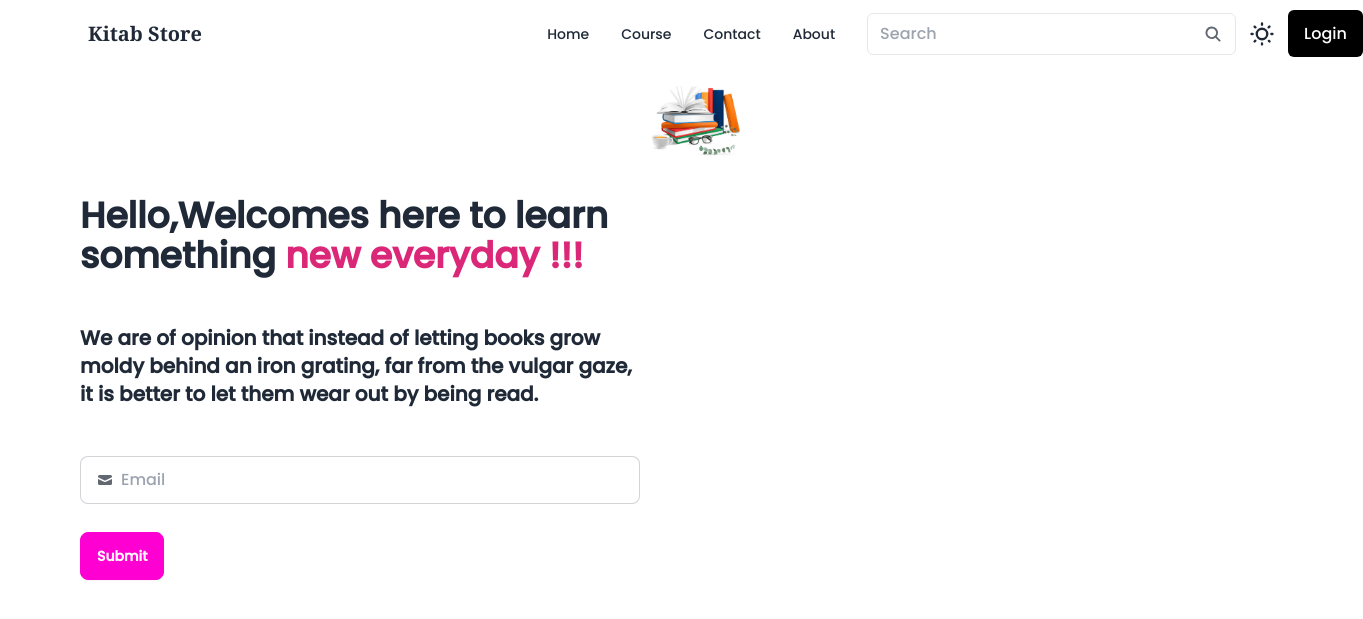
Repository: diensy/Kitab.com
Page: / (app in Frontend/)
These files come from the project's save history. The page is drawn as it stood at one moment and after the next save; the edit follows.
The browser window is 1280 px wide. The page is 1363 px wide, so the pictures cover 1363 px, including what lies to the right of the window. The pictures show the whole page.
The project was rebuilt for these pictures with package versions that can differ from the ones it lists, and the page was loaded fresh each time. Also part of the build but not shown: Frontend/vite.config.js.

Above is the page before, as saved 2024-07-28 23:47:15.

After the next save:
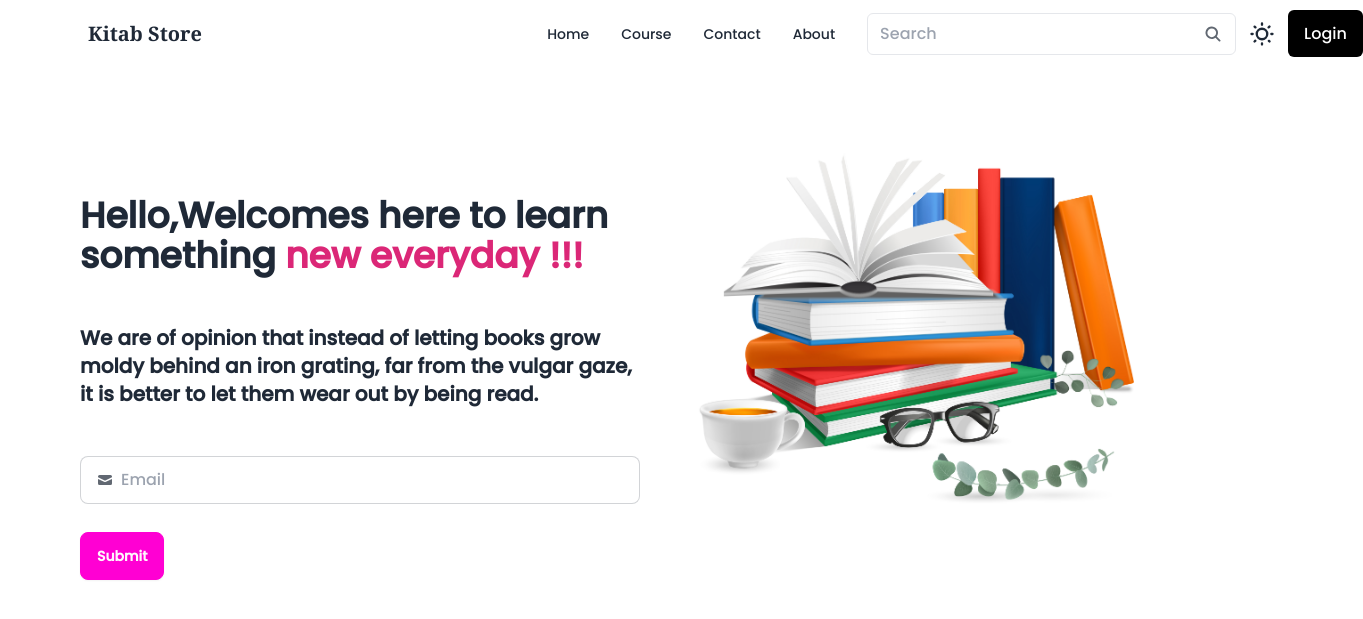
Saved 4 s later.
--- a/Frontend/src/Components/Banner.jsx
+++ b/Frontend/src/Components/Banner.jsx
@@ -31,7 +31,7 @@ const Banner = () => {
           <button className="btn btn-secondary mt-7">Submit</button>
         </div>
         <div className="w-full md:w-1/2">
-          <img src="public/Banner.jpg" alt="Books" className="w-240 h-24" />
+          <img src="public/Banner.jpg" alt="Books" className="w-240 h-240" />
         </div>
       </div>
     </>
